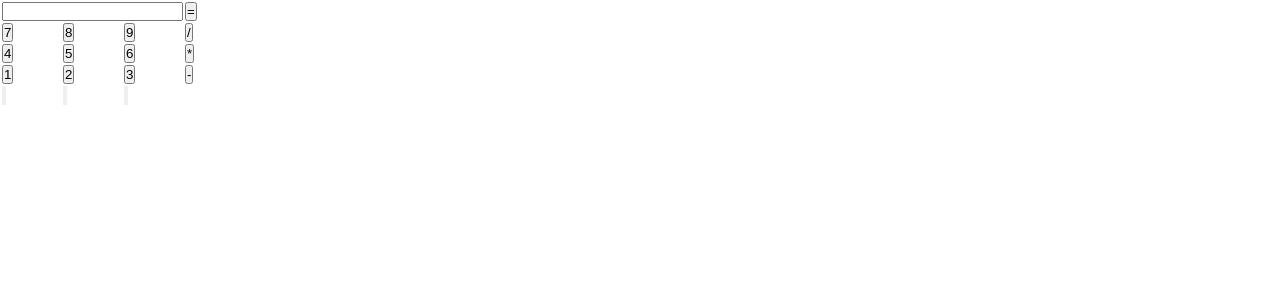
Repository: Seryozha02/CalculatorAndStopwatch
Page: calculator.html
These files come from the project's save history. The page is drawn as it stood at one moment and after the next save; the edit follows.
The browser window is 1280 px wide. The pictures show the whole page.

Above is the page before, as saved 2022-10-03 17:41:25.

### calculator.html
<!DOCTYPE html>
<html lang="en">
<head>
  <meta charset="UTF-8">
  <meta http-equiv="X-UA-Compatible" content="IE=edge">
  <meta name="viewport" content="width=device-width, initial-scale=1.0">
  <link rel="stylesheet" href="calculator.css">
  <title>Calcuator</title>
</head>
<body>
  <table id="calculator">
    <tr>
      <td colspan="3"><input type="text" id="result"></td>
      <td><input type="button" value="=" onclick="calculate()"></td>
    </tr>
    <tr>
      <td><input type="button" value="7" onclick="display(('7'))"></td>
      <td><input type="button" value="8" onclick="display(('8'))"></td>
      <td><input type="button" value="9" onclick="display(('9'))"></td>
      <td><input type="button" value="/" onclick="display(('/'))"></td>
    </tr>
    <tr>
      <td><input type="button" value="4" onclick="display(('4'))"></td>
      <td><input type="button" value="5" onclick="display(('5'))"></td>
      <td><input type="button" value="6" onclick="display(('6'))"></td>
      <td><input type="button" value="*" onclick="display(('*'))"></td>
    </tr>
    <tr>
      <td><input type="button" value="1" onclick="display(('1'))"></td>
      <td><input type="button" value="2" onclick="display(('2'))"></td>
      <td><input type="button" value="3" onclick="display(('3'))"></td>
      <td><input type="button" value="-" onclick="display(('-'))"></td>
    </tr>
    <tr>
      <td><input type="button" value="" onclick="display((''))"></td>
      <td><input type="button" value="" onclick="display((''))"></td>
      <td><input type="button" value="" onclick="display((''))"></td>
    </tr>
  </table>
</body>
  <script src="calculator.js"></script>
</html>

### calculator.css
* {
    margin: 0;
    padding: 0;
    text-decoration: none;
    box-sizing: border-box;
}

Loaded but not shown: calculator.js (no stored copy; drawn as an empty file)

After the next save:
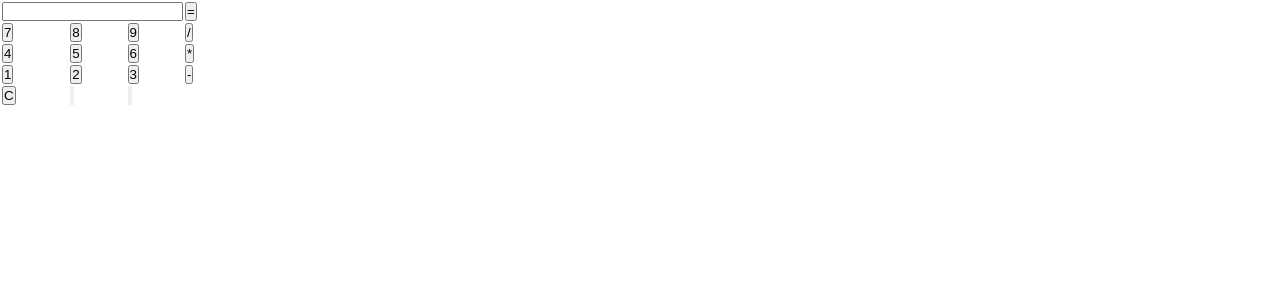
Saved 4 s later.
--- a/calculator.html
+++ b/calculator.html
@@ -32,7 +32,7 @@
       <td><input type="button" value="-" onclick="display(('-'))"></td>
     </tr>
     <tr>
-      <td><input type="button" value="" onclick="display((''))"></td>
+      <td><input type="button" value="C" onclick="display((''))"></td>
       <td><input type="button" value="" onclick="display((''))"></td>
       <td><input type="button" value="" onclick="display((''))"></td>
     </tr>
